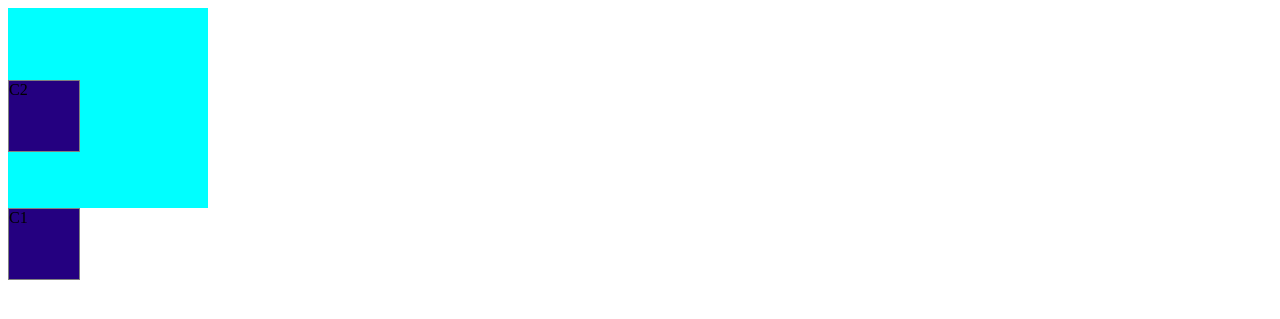
Repository: nepali2385/FUll-stack-practice
Page: Day5/Day5/position.html
These files come from the project's save history. The page is drawn as it stood at one moment and after the next save; the edit follows.
The browser window is 1280 px wide. The pictures show the whole page.

Above is the page before, as saved 2024-08-27 15:55:52.

### Day5/Day5/position.html
<!DOCTYPE html>
<html lang="en">
<head>
    <meta charset="UTF-8">
    <meta name="viewport" content="width=device-width, initial-scale=1.0">
    <title>Document</title>
    <link rel="stylesheet" href="position.css">
</head>
<body>
    <!-- Position in css -->
    <div class="p">
        <div class="c1">C1</div>
        <div class="c2">C2</div>
    </div>
</body>
</html>

### Day5/Day5/position.css
/* Positions in css */
.p{
    height:200px;
    width:200px;
    background-color: aqua;
}
.c1,.c2{
    height:70px;
    width:70px;
    background-color: rgb(36, 0, 128);
    border:1px solid grey;
}
.c1{
    position:relative;
    top:200px

}

After the next save:
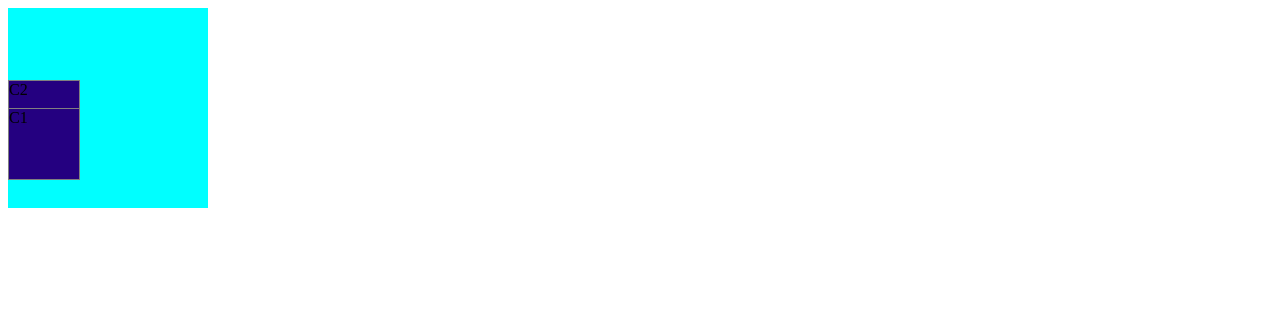
Saved 21 s later.
--- a/Day5/Day5/position.css
+++ b/Day5/Day5/position.css
@@ -12,6 +12,6 @@
 }
 .c1{
     position:relative;
-    top:200px
+    top:100px
 
 }
